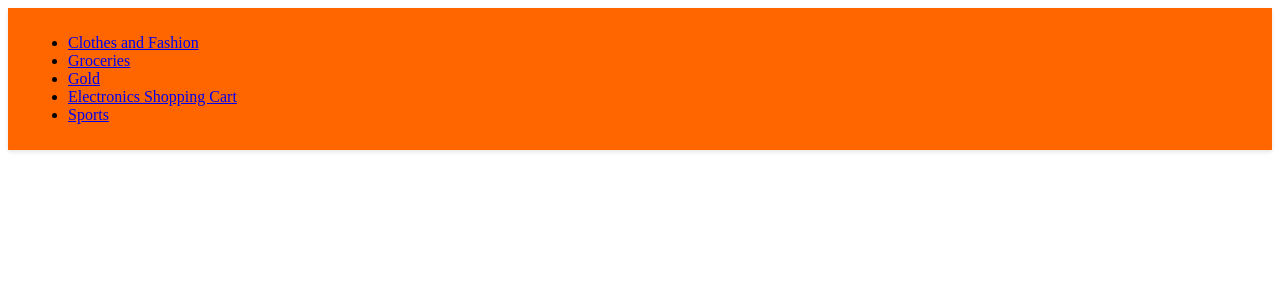
Repository: Maheshbabur789/BookStore
Page: MyLabs/OnlineMarketing/src/main/webapp/login.html
These files come from the project's save history. The page is drawn as it stood at one moment and after the next save; the edit follows.
The browser window is 1280 px wide. The pictures show the whole page.

Above is the page before, as saved 2024-11-07 11:18:52.

After the next save:
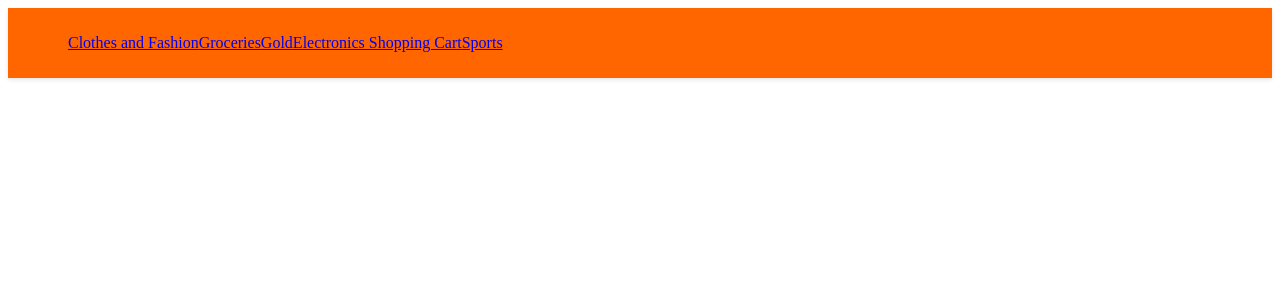
Saved 41 s later.
--- a/MyLabs/OnlineMarketing/src/main/webapp/login.html
+++ b/MyLabs/OnlineMarketing/src/main/webapp/login.html
@@ -15,6 +15,11 @@
     align-items: center;
     padding: 10px 20px;
 }
+nav ul {
+
+    list-style: none;
+    display: flex;
+}
 }
 </style>
 </head>
